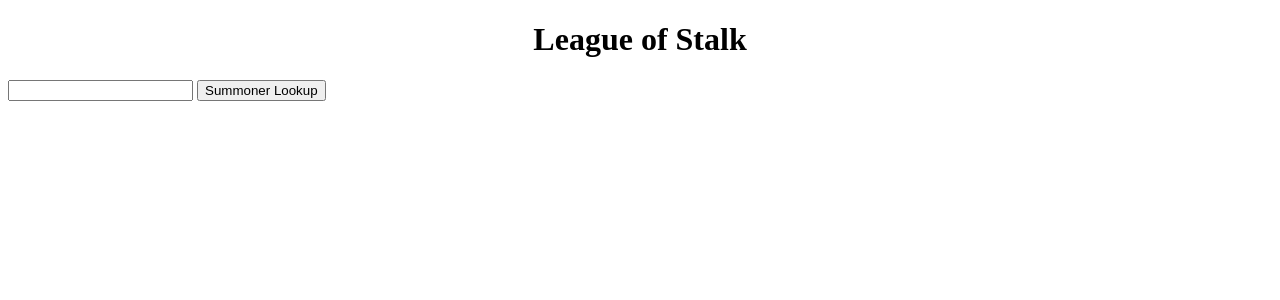
Repository: Dreifingerjpey/TestLos
Page: http://localhost/LeagueOfStalk/
An editor plug-in stored every save of this project. The page is shown before and after the next save, followed by the edit.
The browser window is 1280 px wide. The pictures show the whole page.
The page is served by Tomcat 9. Other server files are loaded and not shown.

Above is the page before, as saved 2017-08-04 20:21:10.

### Eclipse/LeagueOfStalk/WebContent/index.jsp
<%@ page language="java" contentType="text/html; charset=ISO-8859-1"
    pageEncoding="ISO-8859-1"%>
<!DOCTYPE html PUBLIC "-//W3C//DTD HTML 4.01 Transitional//EN" "http://www.w3.org/TR/html4/loose.dtd">
<html>

<head>
	<jsp:include page="CSS/Style.css"/>
	<link rel="stylesheet" href="${pageContext.request.contextPath}/CSS/Style.css" />
	<meta http-equiv="Content-Type" content="text/html; charset=ISO-8859-1">
	<title>League of Stalk</title>
</head>

<body>
	<h1 align="center" >League of Stalk</h1>
	<form action="SummonerLookup">
		<input type="text" name="summoner">
		<input type="submit" value="Summoner Lookup"/>
	</form>
</body>
</html>

Loaded but not shown: Eclipse/LeagueOfStalk/WebContent/CSS/Style.css (no copy from this time; the picture is the same without it)

After the next save:
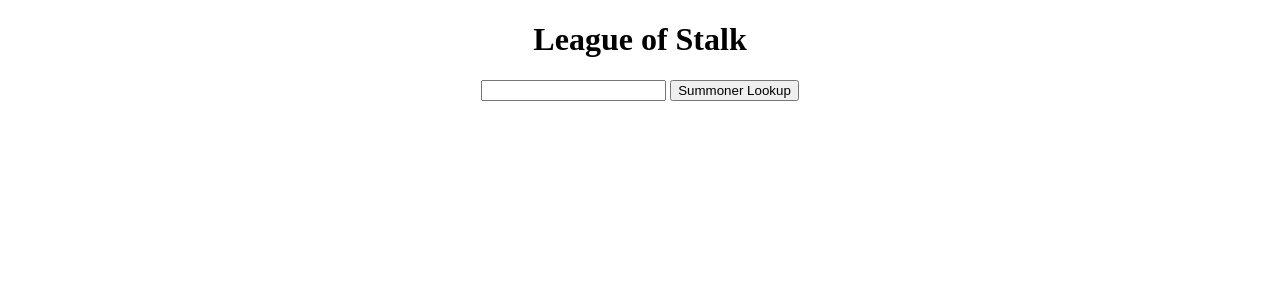
Saved 54 s later.
--- a/Eclipse/LeagueOfStalk/WebContent/index.jsp
+++ b/Eclipse/LeagueOfStalk/WebContent/index.jsp
@@ -10,8 +10,8 @@
 	<title>League of Stalk</title>
 </head>
 
-<body>
-	<h1 align="center" >League of Stalk</h1>
+<body align="center">
+	<h1>League of Stalk</h1>
 	<form action="SummonerLookup">
 		<input type="text" name="summoner">
 		<input type="submit" value="Summoner Lookup"/>
